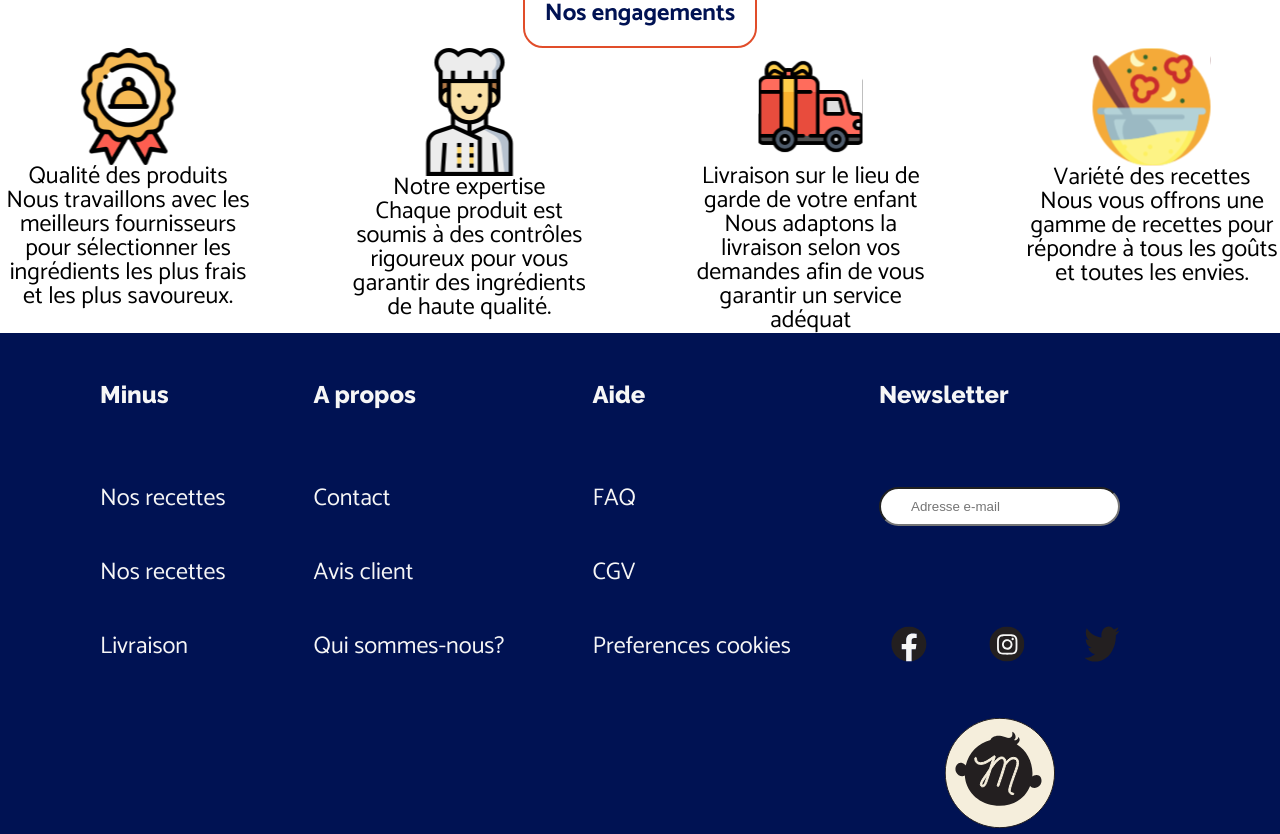
Repository: minus-team7/minus_team7
Page: minus_homepage.html
An editor plug-in stored every save of this project. The page is shown before and after a run of saves, followed by the edit.
The browser window is 1280 px wide. The pictures show the part of the page from y = 326 to 1160 px (the page is 1160 px tall).
A picture or video elsewhere on the page could not be fetched, so the positions and the page height are approximate.

Above is the page before, as saved 2023-02-12 22:30:49.

After the next 2 saves:
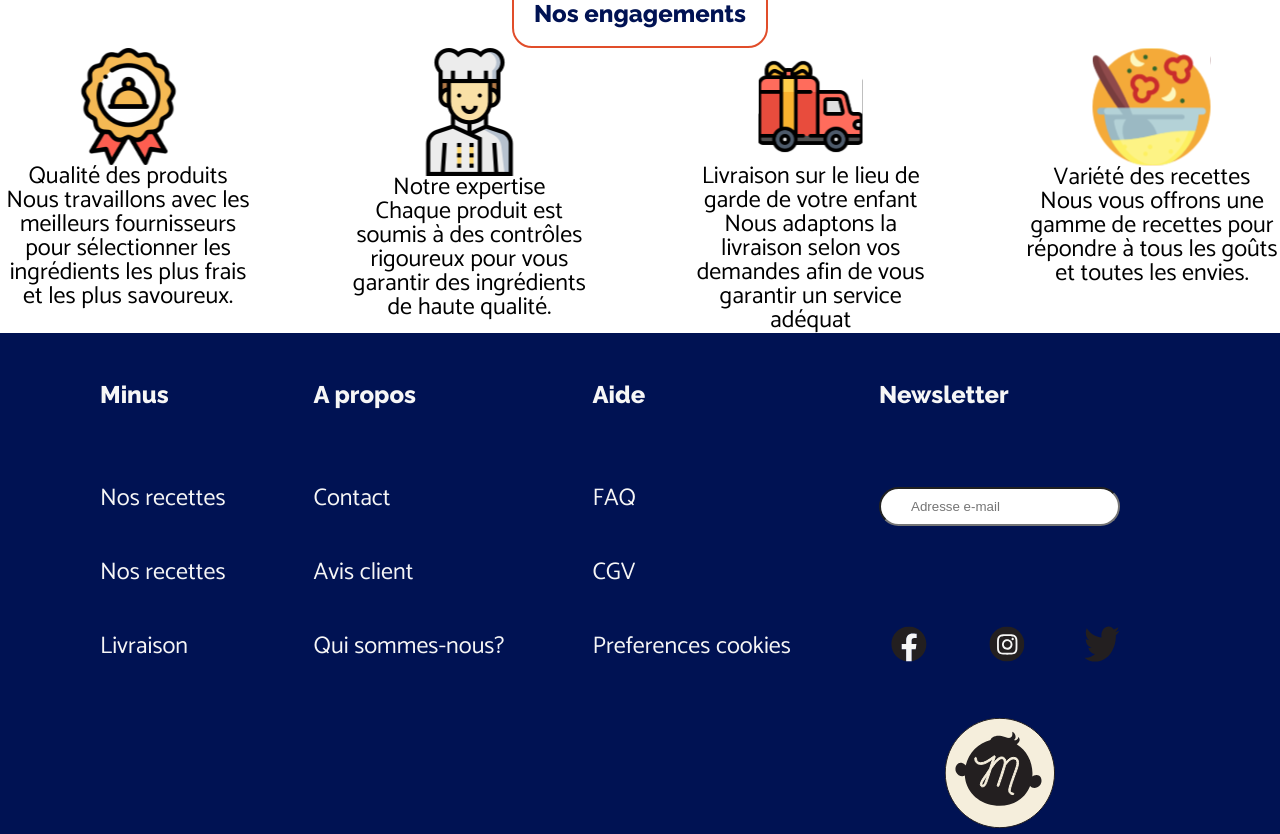
The 2 saves are shown as one change because they came seconds apart.
The last was saved 8 s later.
--- a/minus_homepage.css
+++ b/minus_homepage.css
@@ -16,8 +16,7 @@
     border-radius: 20px;
     padding: 20px;
     text-decoration: none;
-    font-family: 'Catamaran',sans-serif;
-
+    font-family: 'Raleway',sans-serif;
     color: #001253;
     font-weight: bold;
 

After the save that followed:
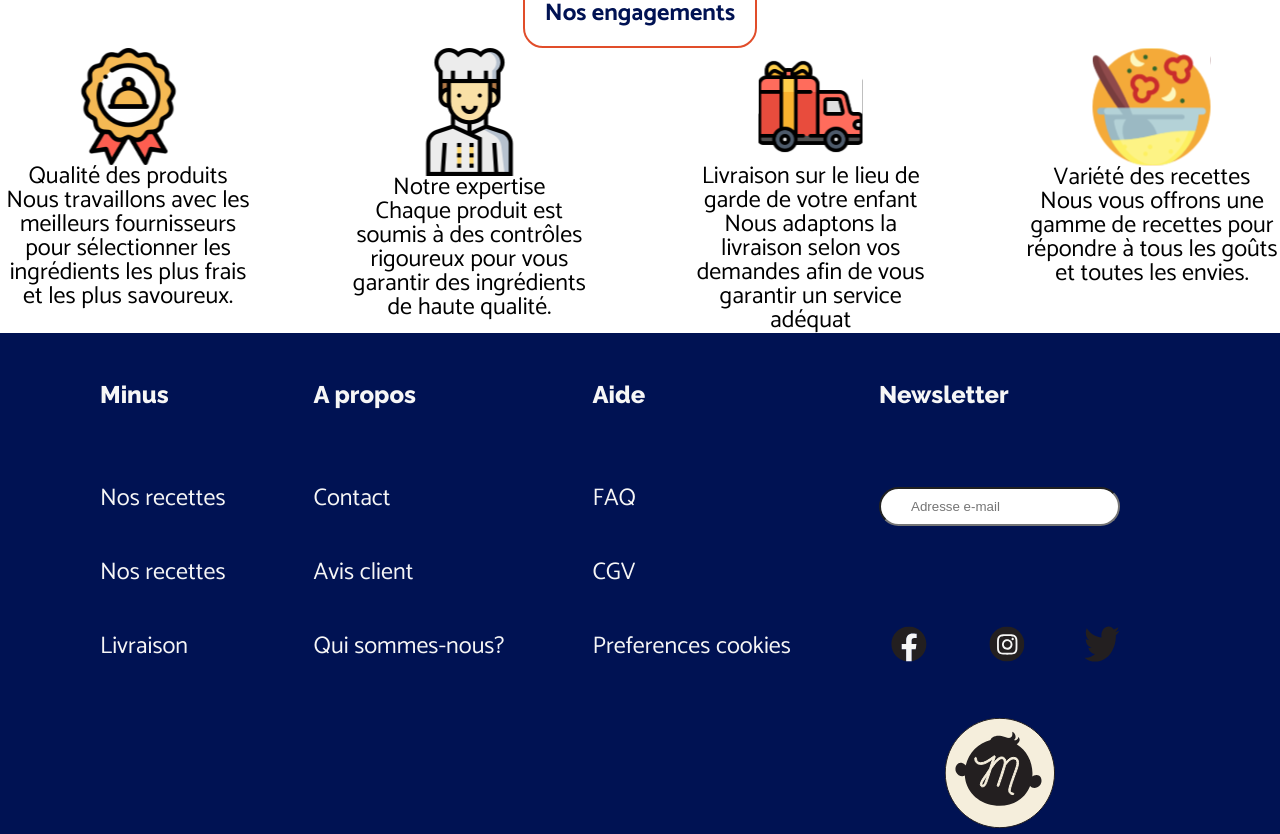
Saved 7 s later.
--- a/minus_homepage.css
+++ b/minus_homepage.css
@@ -16,7 +16,7 @@
     border-radius: 20px;
     padding: 20px;
     text-decoration: none;
-    font-family: 'Raleway',sans-serif;
+    font-family: 'Catamaran',sans-serif;
     color: #001253;
     font-weight: bold;
 
